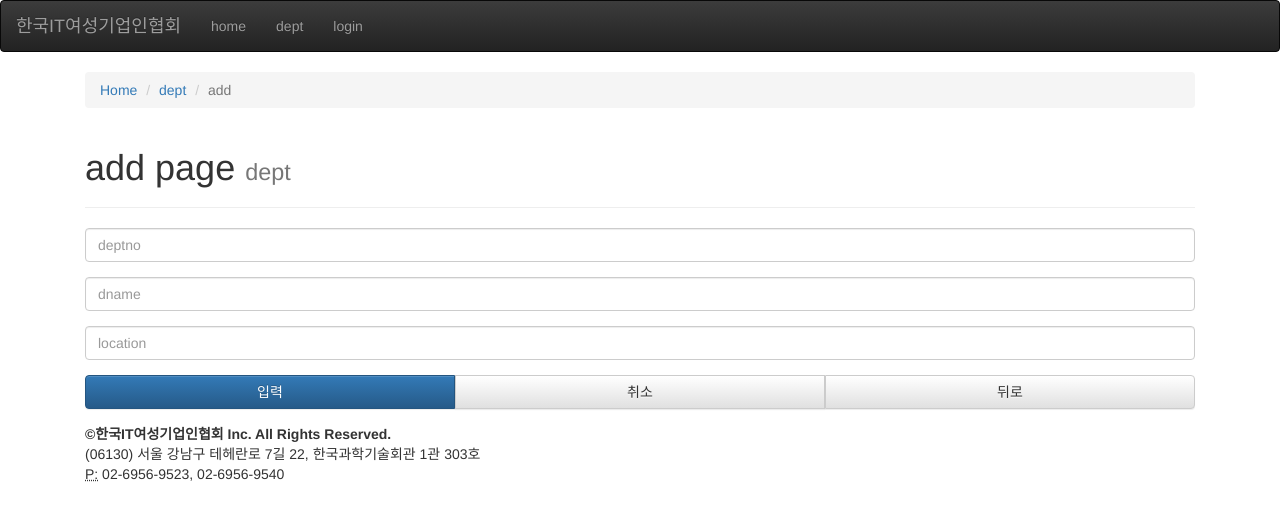
Repository: minho00123/sw-professional-training
Page: http://localhost/sts06/WEB-INF/views/dept/add.jsp
The author's editor kept a copy of each file at every save. The page is drawn from the files as they stood at one save, then again after the next save.
The browser window is 1280 px wide. The pictures show the whole page.
The page is served by Tomcat 9. Nobody is signed in. The template is opened directly, without the code that normally fills it, so the values that code supplies are empty.

Above is the page before, as saved 2025-05-20 08:07:31.
Console error (its wording comes from the project's code and is left out).

After the next save:
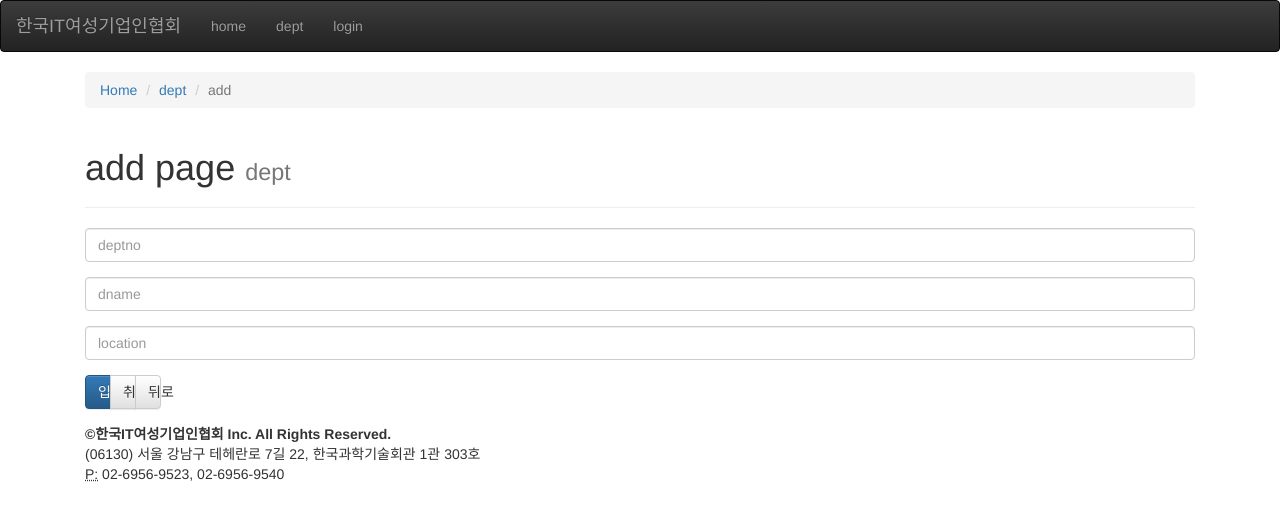
Saved 95 s later.
--- a/stsWorkspace/sts06/src/main/webapp/WEB-INF/views/dept/add.jsp
+++ b/stsWorkspace/sts06/src/main/webapp/WEB-INF/views/dept/add.jsp
@@ -35,16 +35,10 @@
 		<div class="form-group">
 			<div class="btn-group btn-group-justified" role="group"
 				aria-label="...">
-				<div class="btn-group" role="group">
 					<button class="btn btn-primary" type="submit">입력</button>
-				</div>
-				<div class="btn-group" role="group">
 					<button class="btn btn-default" type="reset">취소</button>
-				</div>
-				<div class="btn-group" role="group">
 					<button class="btn btn-default" type="button"
 						onclick="history.back();">뒤로</button>
-				</div>
 			</div>
 		</div>
 	</form>

After the save that followed:
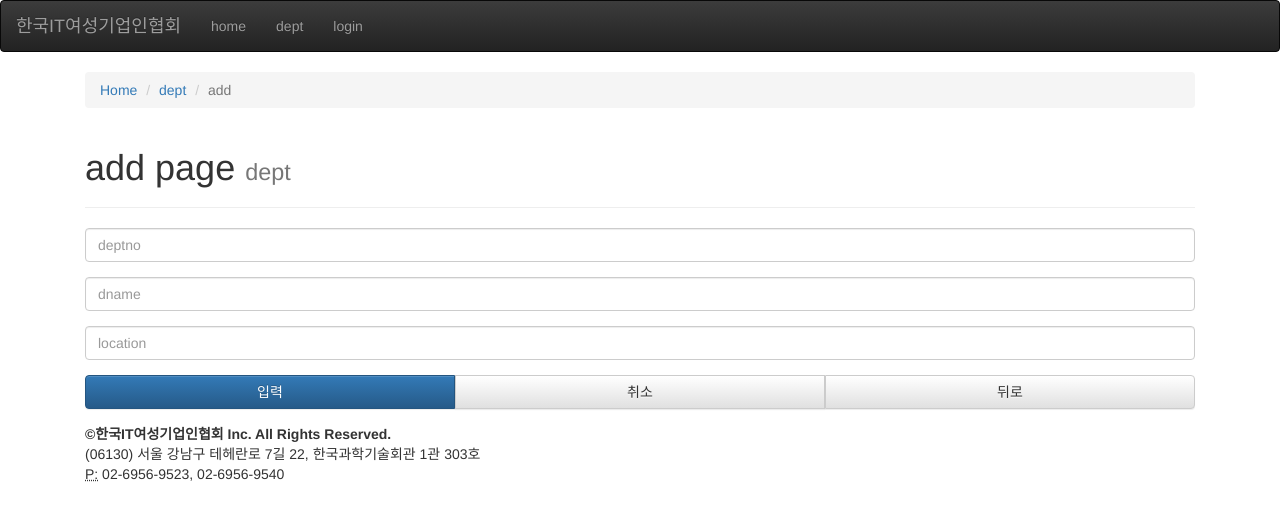
Saved 11 s later.
--- a/stsWorkspace/sts06/src/main/webapp/WEB-INF/views/dept/add.jsp
+++ b/stsWorkspace/sts06/src/main/webapp/WEB-INF/views/dept/add.jsp
@@ -35,10 +35,16 @@
 		<div class="form-group">
 			<div class="btn-group btn-group-justified" role="group"
 				aria-label="...">
+				<div class="btn-group" role="group">
 					<button class="btn btn-primary" type="submit">입력</button>
-					<button class="btn btn-default" type="reset">취소</button>
-					<button class="btn btn-default" type="button"
-						onclick="history.back();">뒤로</button>
+				</div>
+				<div class="btn-group" role="group">
+				<button class="btn btn-default" type="reset">취소</button>
+				</div>
+				<div class="btn-group" role="group">
+				<button class="btn btn-default" type="button"
+					onclick="history.back();">뒤로</button>
+				</div>
 			</div>
 		</div>
 	</form>
